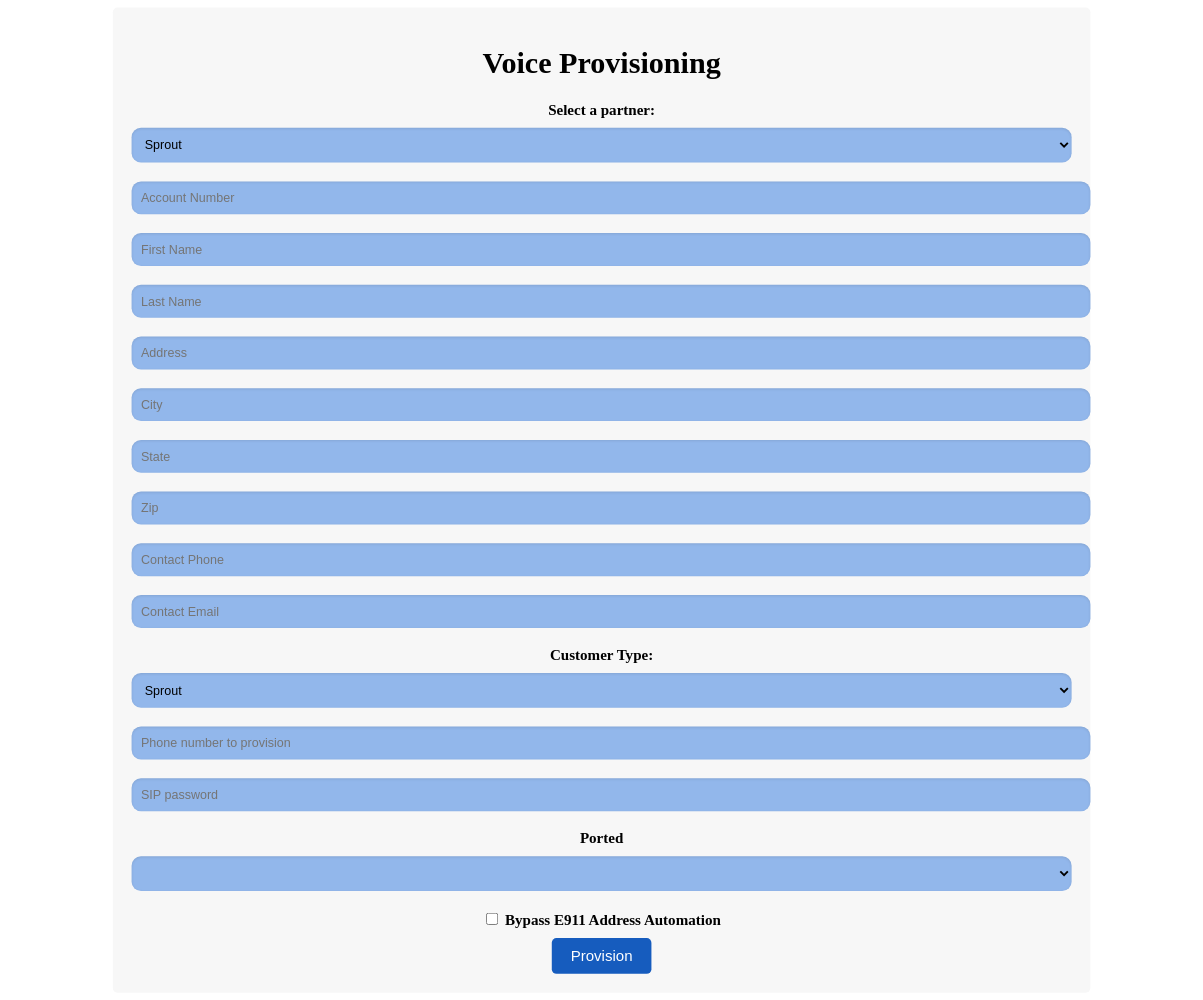
Repository: smallchungus/logiccom
Page: /
These files come from the project's save history. The page is drawn as it stood at one moment and after the next save; the edit follows.
The browser window is 1280 px wide. The pictures show the whole page, at 94% of full size.
The project was rebuilt for these pictures with package versions that can differ from the ones it lists, and the page was loaded fresh each time. Also part of the build but not shown: vite.config.ts.

Above is the page before, as saved 2023-05-04 11:41:37.

### src/App.vue
<style src="./styles.css"></style>


<template>


<form>
  <header>
    <h1>Voice Provisioning</h1>
  </header>
      <div class="form-group">
        <label for="partner">Select a partner:</label>
        <select id="partner" name="partner">
          <option value="Sprout">Sprout</option>
          <option value="option2">Option 2</option>
        </select>
      </div>

      <div class="form-group">
        <input type="text" id="accountNum" name="accountNum" placeholder="Account Number">
      </div>

      <div class="form-group">
        <input type="text" id="firstName" name="firstName" placeholder="First Name">
      </div>

      <div class="form-group">
        <input type="text" id="lastName" name="lastName" placeholder="Last Name">
      </div>

      <div class="form-group">
        <input type="text" id="address" name="address" placeholder="Address">
      </div>

      <div class="form-group">
        <input type="text" id="city" name="city" placeholder="City">
      </div>

      <div class="form-group">
        <input type="text" id="state" name="state" placeholder="State">
      </div>

      <div class="form-group">
        <input type="text" id="zip" name="zip" placeholder="Zip">
      </div>

      <div class="form-group">
        <input type="text" id="contactPhone" name="contactPhone" placeholder="Contact Phone">
      </div>

      <div class="form-group">
        <input type="text" id="contactEmail" name="contactEmail" placeholder="Contact Email">
      </div>

      <div class="form-group">
        <label for="customerType">Customer Type:</label>
        <select id="customerType" name="customerType">
          <option value="Sprout">Sprout</option>
          <option value="option2">Option 2</option>
        </select>
      </div>

      <div class="form-group">
        <input type="text" id="phoneToProv" name="phoneToProv" placeholder="Phone number to provision">
      </div>

      <div class="form-group">
        <input type="password" id="sipPassword" name="sipPassword" placeholder="SIP password">
      </div>


    <label for="ported">Ported</label>
    <select id="ported" name="ported">
      <option value=""></option>
      <option value="option2">Option 2</option>
    </select>

    <label>
      <input type="checkbox" >
      Bypass E911 Address Automation
    </label>

    <button type="submit">Provision</button>
  </form>
</template>

### src/styles.css
header {
    text-align: center;
    margin: 0 auto;
  }

  body {
    text-align: center;
  }

  form {
    background-color: #f7f7f7;
    border-radius: 5px;
    padding: 20px;
    margin: 0 auto;
    max-width: 1000px;
  }

  label {
    display: block;
    font-weight: bold;
    margin-bottom: 10px;
  }

  input[type="text"],
  input[type="password"],
  select {
    background-color: #92b7eb;
    width: 100%;
    padding: 10px;
    border: none;
    border-radius: 10px;
    margin-bottom: 20px;
    box-shadow: inset 0px 1px 3px rgba(0, 0, 0, 0.1);
  }

  button[type="submit"] {
    background-color: #165cbe;
    color: #fff;
    border: none;
    border-radius: 5px;
    padding: 10px 20px;
    font-size: 16px;
    cursor: pointer;
  }

  @media (min-width: 1024px) {
    header {
      display: flex;
      justify-content: center;
      align-items: center;
    }
  }

Loaded but not shown: index.html (common file); src/main.ts (common file)

After the next save:
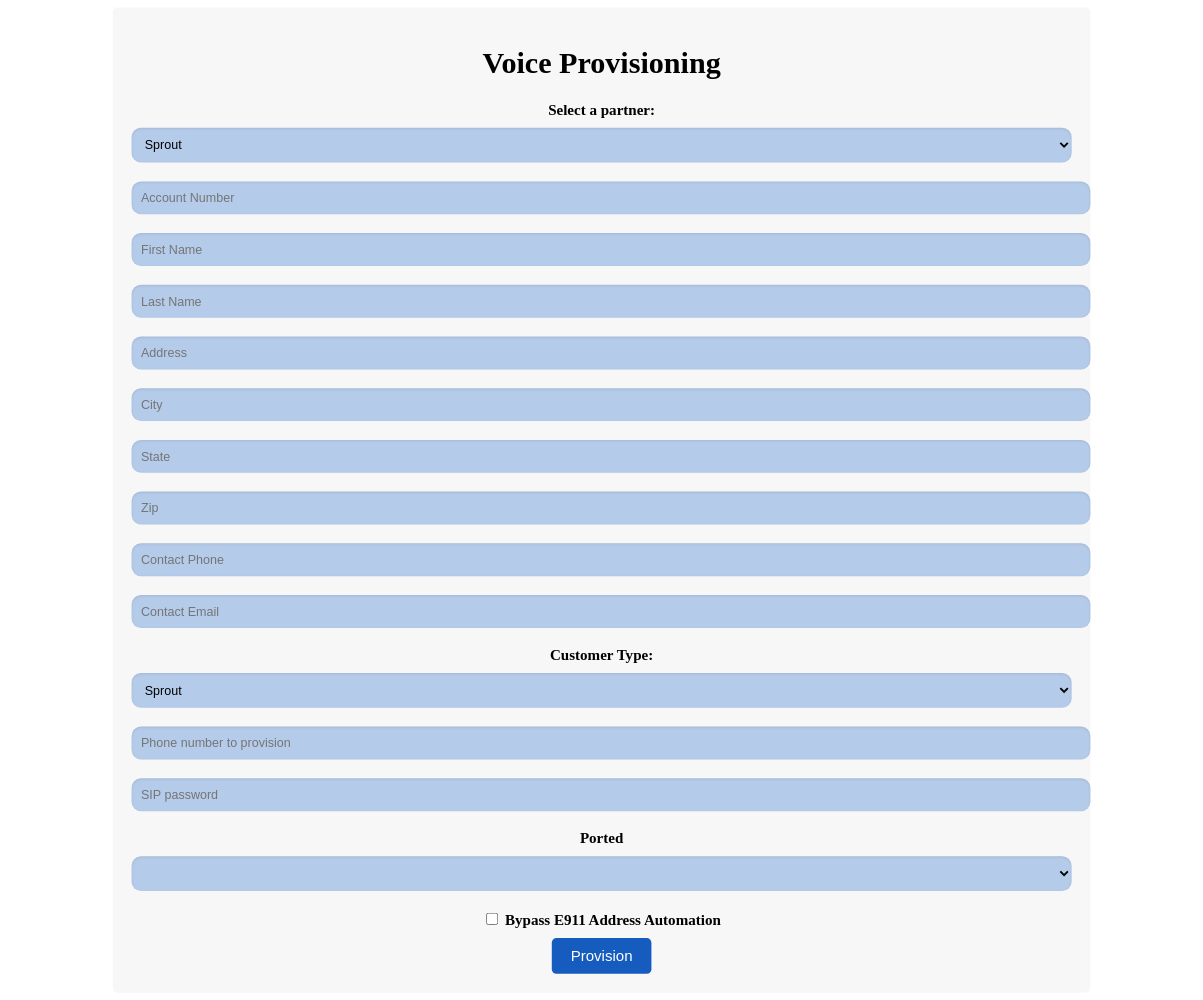
Saved 9 s later.
--- a/src/styles.css
+++ b/src/styles.css
@@ -24,7 +24,7 @@ header {
   input[type="text"],
   input[type="password"],
   select {
-    background-color: #92b7eb;
+    background-color: #b5cbea;
     width: 100%;
     padding: 10px;
     border: none;
